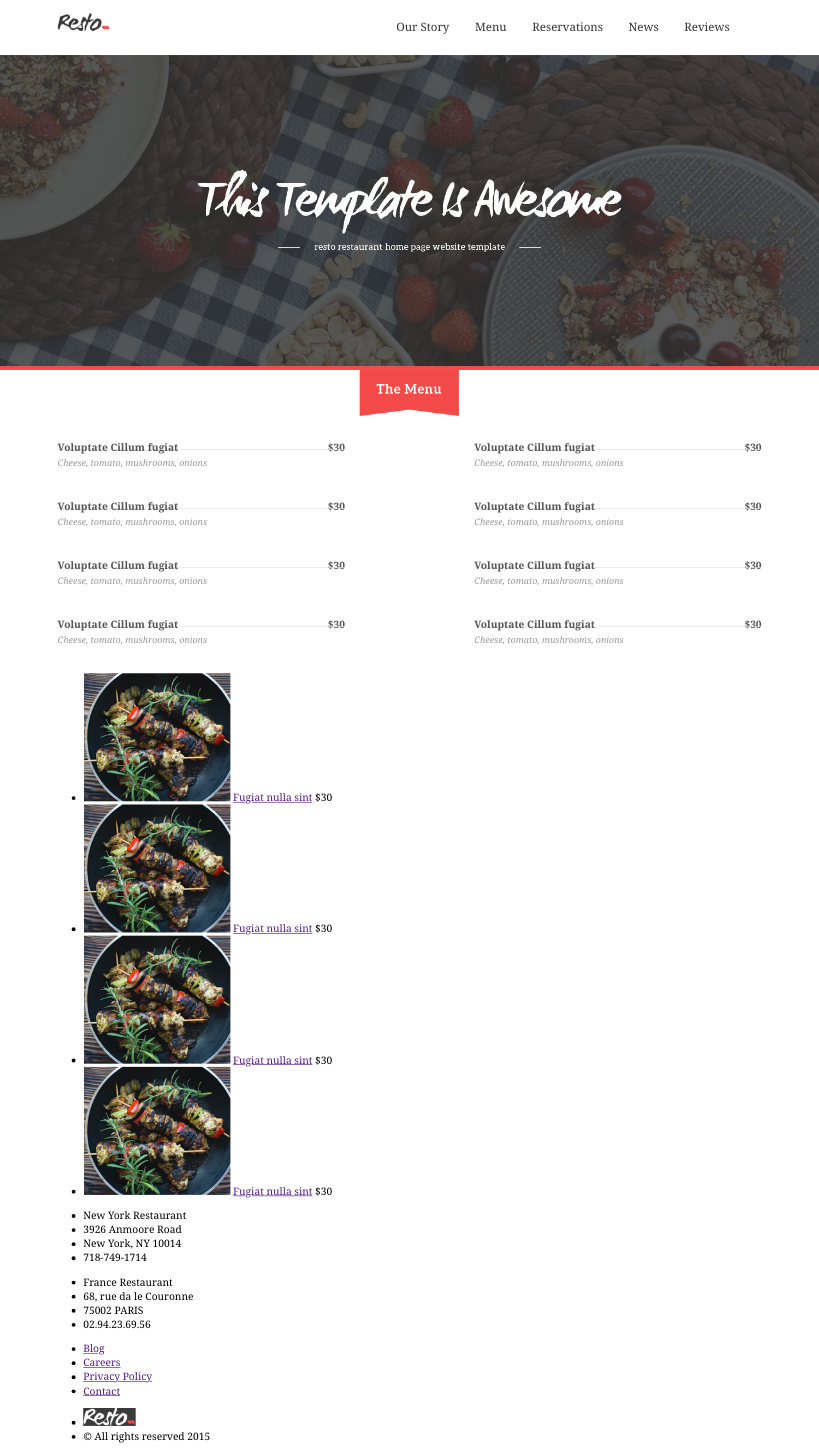
Repository: Piterwk1/psd-to-wordpress
Page: index.html
An editor plug-in stored every save of this project. The page is shown before and after the next save, followed by the edit.
The browser window is 1280 px wide. The pictures show the whole page, at 64% of full size.

Above is the page before, as saved 2021-09-23 03:01:17.

### index.html
<html lang="en">

<head>
    <meta charset="UTF-8">
    <meta http-equiv="X-UA-Compatible" content="IE=edge">
    <meta name="viewport" content="width=device-width, initial-scale=1.0">
    <title>Resto</title>
    <link rel="stylesheet" href="style.css">
</head>

<body>

    <header>
        <div class="wrapper" id="headerWrapper">
            <h1 class="logo">Rest</h1>
            <nav>
                <h2>Main Navigation</h2>
                <ul>
                    <li><a href="">Our Story</a></li>
                    <li><a href="">Menu</a></li>
                    <li><a href="">Reservations</a></li>
                    <li><a href="">News</a></li>
                    <li><a href="">Reviews</a></li>
                </ul>
            </nav>
        </div>
    </header>

    <!-- start homepage content -->

    <div id="main-banner">
        <img src="images/banner.jpg" alt="Welcome to Resto">
    </div>

    <div class="wrapper">
        <section id="home-menu">
            <h2>Menu</h2>
            <ul>
                <li>
                    <span class="dish">Voluptate Cillum fugiat</span>
                    <span class="price">$30</span>
                    <span class="description">Cheese, tomato, mushrooms, onions</span>
                </li>
                <li>
                    <span class="dish">Voluptate Cillum fugiat</span>
                    <span class="price">$30</span>
                    <span class="description">Cheese, tomato, mushrooms, onions</span>
                </li>
                <li>
                    <span class="dish">Voluptate Cillum fugiat</span>
                    <span class="price">$30</span>
                    <span class="description">Cheese, tomato, mushrooms, onions</span>
                </li>
                <li>
                    <span class="dish">Voluptate Cillum fugiat</span>
                    <span class="price">$30</span>
                    <span class="description">Cheese, tomato, mushrooms, onions</span>
                </li>
                <li>
                    <span class="dish">Voluptate Cillum fugiat</span>
                    <span class="price">$30</span>
                    <span class="description">Cheese, tomato, mushrooms, onions</span>
                </li>
                <li>
                    <span class="dish">Voluptate Cillum fugiat</span>
                    <span class="price">$30</span>
                    <span class="description">Cheese, tomato, mushrooms, onions</span>
                </li>
                <li>
                    <span class="dish">Voluptate Cillum fugiat</span>
                    <span class="price">$30</span>
                    <span class="description">Cheese, tomato, mushrooms, onions</span>
                </li>
                <li>
                    <span class="dish">Voluptate Cillum fugiat</span>
                    <span class="price">$30</span>
                    <span class="description">Cheese, tomato, mushrooms, onions</span>
                </li>
            </ul>
        </section>

        <section id="featured">
            <ul>
                <li>
                    <img src="images/thumb-1.jpg">
                    <a href="">Fugiat nulla sint</a>
                    <span>$30</span>
                    <span class="rating"></span>
                </li>
                <li>
                    <img src="images/thumb-1.jpg">
                    <a href="">Fugiat nulla sint</a>
                    <span>$30</span>
                    <span class="rating"></span>
                </li>
                <li>
                    <img src="images/thumb-1.jpg">
                    <a href="">Fugiat nulla sint</a>
                    <span>$30</span>
                    <span class="rating"></span>
                </li>
                <li>
                    <img src="images/thumb-1.jpg">
                    <a href="">Fugiat nulla sint</a>
                    <span>$30</span>
                    <span class="rating"></span>
                </li>
            </ul>
        </section>
    </div>

    <!-- end homepage content -->

    <footer>
        <div class="wrapper">
            <ul>
                <li>New York Restaurant</li>
                <li>3926 Anmoore Road</li>
                <li>New York, NY 10014</li>
                <li>718-749-1714</li>
            </ul>
            <ul>
                <li>France Restaurant</li>
                <li>68, rue da le Couronne</li>
                <li>75002 PARIS</li>
                <li>02.94.23.69.56</li>
            </ul>
            <ul>
                <li><a href="">Blog</a></li>
                <li><a href="">Careers</a></li>
                <li><a href="">Privacy Policy</a></li>
                <li><a href="">Contact</a></li>
            </ul>
            <ul>
                <li><img src="images/white-logo.png" alt="logo"></li>
                <li>&copy; All rights reserved 2015</li>

            </ul>
        </div>
    </footer>
</body>

</html>

### style.css
body {
    font-family: Georgia, 'Times New Roman', Times, serif;
    margin: 0;
}

.wrapper {
    width: 100%;
    /* max-width: 960px; */
    max-width: 1100px;
    padding: 0 10px;
    margin:  0 auto;
}

h1.logo {
    background-image: url(images/logo.png);
    background-repeat: no-repeat;
    width: 100px;
    text-indent: -10000px;
}

#headerWrapper {
    display: flex;
    justify-content: space-between;
    width: 100%;
}

nav {

  margin-right: 10px;

}

#headerWrapper nav h2 {
    text-indent: -100000px;
    height: 0;
    margin: 0;
}

#headerWrapper nav ul {
   display: flex;
   justify-content: space-evenly;
   list-style-type:  none;
   margin: 10px 20px;
}
#headerWrapper nav li {

   margin: 20px 20px;
}
#headerWrapper nav li a{
   text-decoration: none;
   color: #333;
   font-size: 18px;
}
#headerWrapper nav li a:hover{
   color: blue;
}

#main-banner, #main-banner img{
    width: 100%;
}

#main-banner img {
    border-bottom: 6px solid #f34949;
}

#home-menu h2 {
    background-image: url(images/menu-head.png);
    background-repeat: no-repeat;
    width: 156px;
    height: 74px;
    text-indent: -10000px;
    margin: 0 auto;
}

#home-menu ul {
    display: flex;
    flex-wrap: wrap;
    justify-content: space-between;
   padding: 0;
   list-style: none;
}
#home-menu li {
    display: flex;
    flex-wrap: wrap;
   margin: 20px 0 20px 0;
   justify-content: space-between;
}

.dish{
    position: relative;
    z-index: 10;
    width: 50%;
    color: #555;
    font-weight: bold;
}

.price {
    color: #555;
    font-weight: bold;
}

.description {
    width: 100%;
    color: #999;
    font-style: italic;
    font-size: 14px;
    padding-top: 10px;
    border-top: 1px solid #ddd;
    position: relative;
    top: -8px;
}

After the next save:
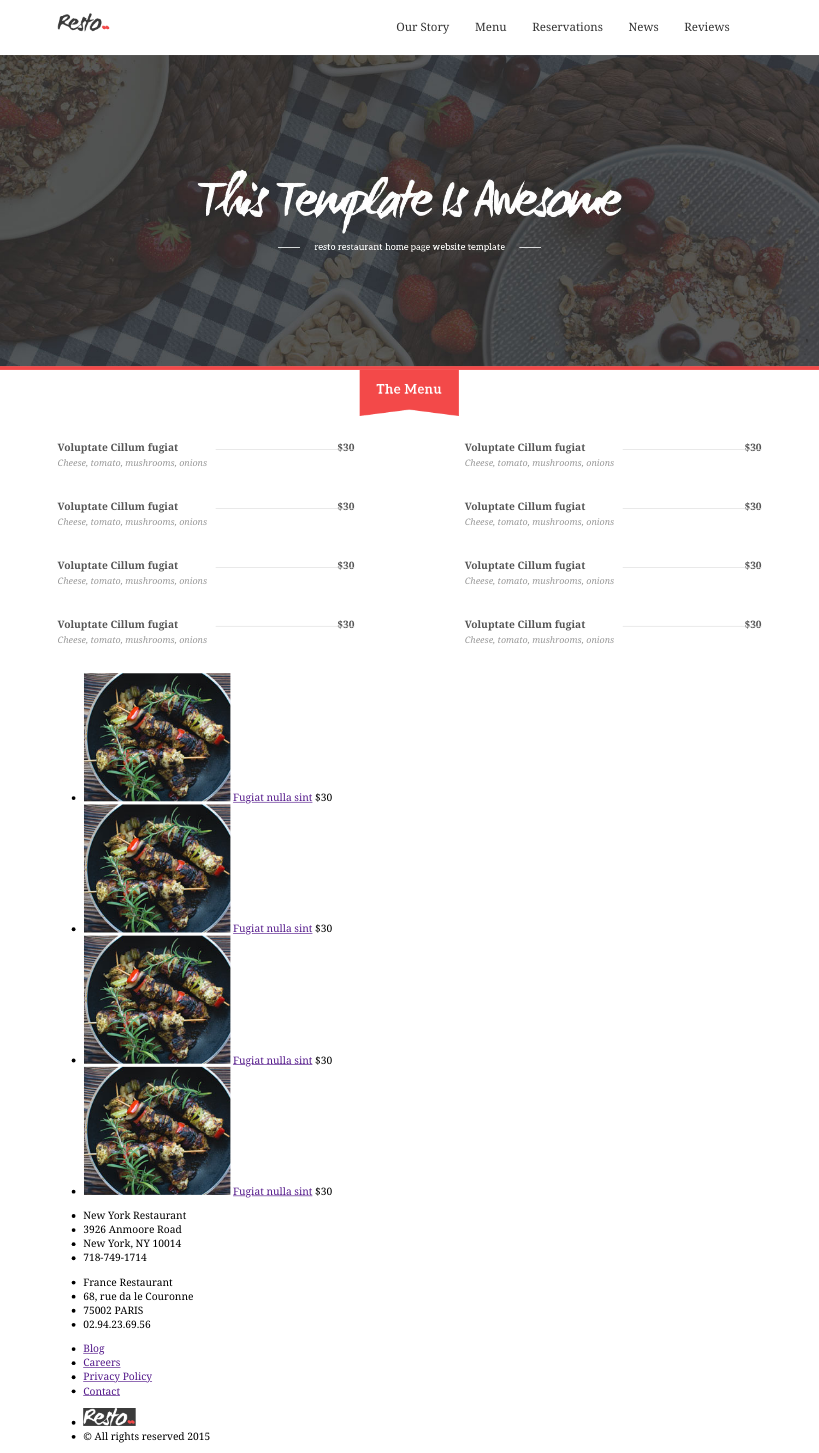
Saved 99 s later.
--- a/style.css
+++ b/style.css
@@ -88,7 +88,9 @@ nav {
 
 .dish{
     position: relative;
-    z-index: 10;
+    z-index: 1;
+    background: #fff;
+    padding-right: 15px;
     width: 50%;
     color: #555;
     font-weight: bold;
